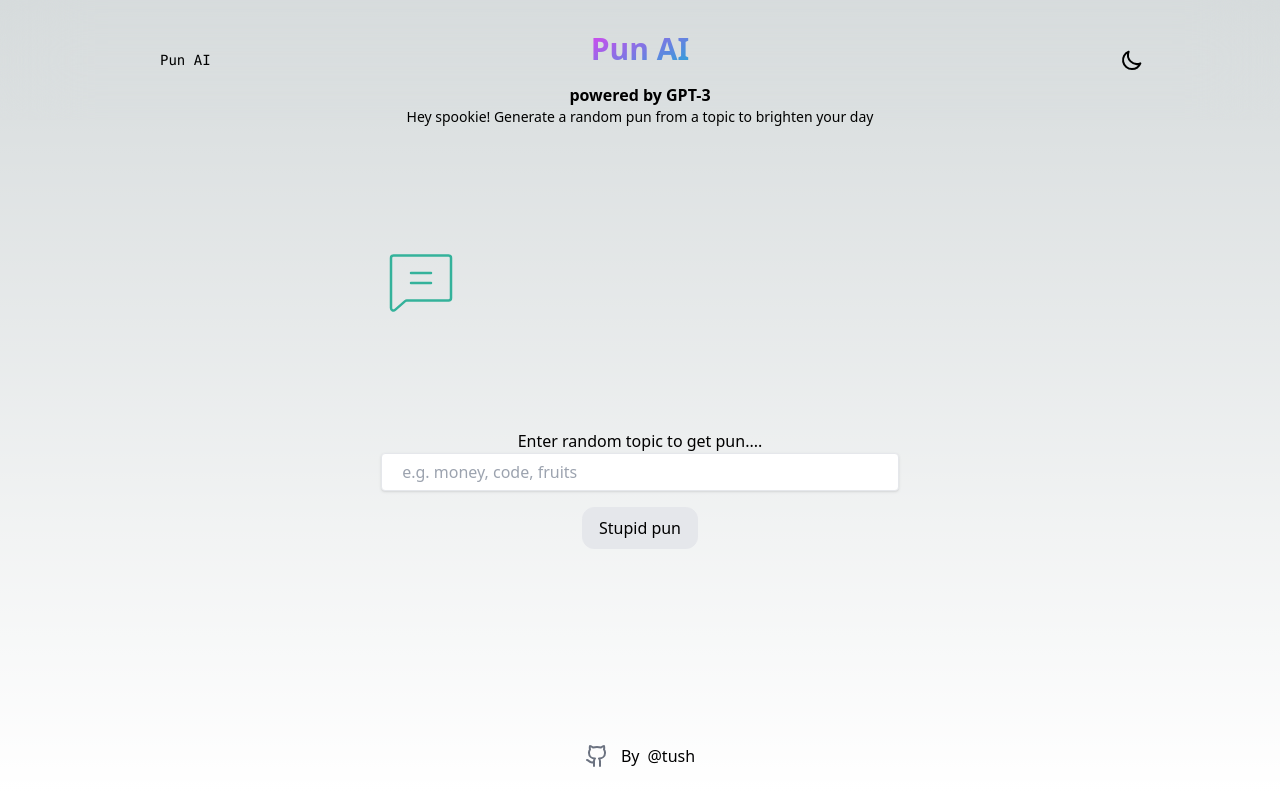
Repository: tushcmd/next-puns-ai
Page: /
An editor plug-in stored every save of this project. The page is shown before and after the next save, followed by the edit.
The browser window is 1280 px wide. The pictures show the whole page.
The project was rebuilt for these pictures with package versions that can differ from the ones it lists, and the page was loaded fresh each time. The framework's server and built-in components were replaced by stand-ins that run in the browser. Also part of the build but not shown: next.config.mjs, app/components/Spinner.tsx.

Above is the page before, as saved 2024-03-08 01:45:02.

### app/layout.tsx
import type { Metadata } from "next";
import { Inter } from "next/font/google";
import "./globals.css";

const inter = Inter({ subsets: ["latin"] });

export const metadata: Metadata = {
  title: "Create Next App",
  description: "Generated by create next app",
};

export default function RootLayout({
  children,
}: Readonly<{
  children: React.ReactNode;
}>) {
  return (
    <html lang="en">
      <body className={`background color {inter.className} w-full overflow-y-visible overflow-x-hidden`}>{children}</body>
    </html>
  );
}

### app/page.tsx
import Footer from "./components/footer";
import Header from "./components/header";
import Hero from "./components/hero";



export default function Home() {

  return (
    <main className="flex min-h-screen flex-col items-center">
      <Header />
      <Hero />
      <Footer />
    </main>
  );
}



 {/* async function handleSubmit(e: FormEvent:<HTMLFormElement>) {
    return ;
  }    */}

{/*Nav*/}
{/*
      <div className="z-10 max-w-5xl w-full items-center justify-between font-mono text-sm lg:flex">
        <p className="fixed left-0 top-0 flex w-full justify-center border-b border-gray-300 bg-gradient-to-b from-zinc-200 py-2 backdrop-blur-2xl dark:border-neutral-800 dark:bg-zinc-800/30 dark:from-inherit lg:static lg:w-auto  lg:rounded-xl lg:border lg:bg-gray-200 lg:p-0 lg:dark:bg-zinc-800/30">
          Pun AI
        </p>

        <div className="fixed bottom-0 left-0 flex h-48 w-full items-end justify-center bg-gradient-to-t from-white via-white dark:from-black dark:via-black lg:static lg:h-auto lg:w-auto lg:bg-none">
          {/*<div>
            Dak
       </div>
          <a
            className="pointer-events-none flex place-items-center gap-2 p-8 lg:pointer-events-auto lg:p-0"
            href="https://tushdev.co/"
            target="_blank"
            rel="noopener noreferrer"
          >
            By{" "}
            <p>@tush</p>
          </a>
        </div>
      </div>

      <div className="relative flex flex-col place-items-center before:absolute before:h-[300px] before:w-full sm:before:w-[480px] before:-translate-x-1/2 before:rounded-full before:bg-gradient-radial before:from-white before:to-transparent before:blur-2xl before:content-[''] after:absolute after:-z-20 after:h-[180px] after:w-full sm:after:w-[240px] after:translate-x-1/3 after:bg-gradient-conic after:from-sky-200 after:via-blue-200 after:blur-2xl after:content-[''] before:dark:bg-gradient-to-br before:dark:from-transparent before:dark:to-blue-700 before:dark:opacity-10 after:dark:from-sky-900 after:dark:via-[#0141ff] after:dark:opacity-40 before:lg:h-[360px] z-[-1]">
        <p className="p-4 lg:pb-8 text-xl">
          Generate a random pun from a topic to brighten your day <br /> with Pun AI
        </p>
        <svg
          xmlns="http://www.w3.org/2000/svg"
          width="156"
          height="156"
          viewBox="0 0 24 24"
          fill="none"
          stroke="#FFFFFF"
          stroke-width="2"
          stroke-linecap="round"
          stroke-linejoin="round"
          className="lucide lucide-smile"><circle cx="12" cy="12" r="10" /><path d="M8 14s1.5 2 4 2 4-2 4-2" /><line x1="9" x2="9.01" y1="9" y2="9" /><line x1="15" x2="15.01" y1="9" y2="9"
          />
        </svg>
      </div>

      <form className="flex flex-col justify-between mb-32 text-center lg:max-w-3xl lg:w-full lg:mb-0 lg:grid-cols-4">
        <div className='w-full mb-4'>
          <label className="block items-center justify-center mb-4" htmlFor="prompt-input">
            Enter random topic to get pun...
          </label>
          <input
            className="shadow appearance-none border rounded w-full py-2 px-3 text-gray-700 leading-tight focus:outline-none focus:shadow-outline"
            id="prompt-input"
            type="text"
            placeholder="e.g. money, code, fruits">
          </input>
        </div>
        <button
          type="submit"
          className="bg-blue-500 hover:bg-blue-700 text-white font-bold py-2 px-4 rounded focus:outline-none focus:shadow-outline"
        >
          Generate Pun
        </button>
      </form> */}

### app/globals.css
@tailwind base;
@tailwind components;
@tailwind utilities;


@layer base {
  :root {
    --foreground-rgb: 0, 0, 0;
    --background-start-rgb: 214, 219, 220;
    --background-end-rgb: 255, 255, 255;
  }

  .dark {
    --foreground-rgb: 255, 255, 255;
    --background-start-rgb: 0, 0, 0;
    --background-end-rgb: 0, 0, 0;
  }


}


* {
  scroll-behavior: smooth;
}


body {
  color: rgb(var(--foreground-rgb));
  background: linear-gradient(
      to bottom,
      transparent,
      rgb(var(--background-end-rgb))
    )
    rgb(var(--background-start-rgb));
}

@layer utilities {
  .text-balance {
    text-wrap: balance;
  }
}

### app/components/footer.tsx
import Link from "next/link";


export default function Footer() {
    return (
        <div className="inline-flex p-6 max-w-3xl gap-3 items-center text-center">
            <div>
                <Link
                    href="https://github.com/#"
                    target="_blank"
                    rel="noreferrer"
                    className="text-gray-500 hover:text-gray-900 dark:text-gray-400 dark:hover:text-gray-200"
                >
                    <svg xmlns="http://www.w3.org/2000/svg" width="24" height="24" viewBox="0 0 24 24" fill="none" stroke="currentColor" stroke-width="2" stroke-linecap="round" stroke-linejoin="round" className="lucide lucide-github"><path d="M15 22v-4a4.8 4.8 0 0 0-1-3.5c3 0 6-2 6-5.5.08-1.25-.27-2.48-1-3.5.28-1.15.28-2.35 0-3.5 0 0-1 0-3 1.5-2.64-.5-5.36-.5-8 0C6 2 5 2 5 2c-.3 1.15-.3 2.35 0 3.5A5.403 5.403 0 0 0 4 9c0 3.5 3 5.5 6 5.5-.39.49-.68 1.05-.85 1.65-.17.6-.22 1.23-.15 1.85v4" /><path d="M9 18c-4.51 2-5-2-7-2" /></svg>
                </Link>
            </div>
            <Link
                className="pointer-events-none flex place-items-center gap-2 px-8 lg:pointer-events-auto lg:p-0"
                href="https://tushdev.co/"
                target="_blank"
                rel="noopener noreferrer"
            >
                By{" "}
                <p>@tush</p>
            </Link>

        </div>
    )
}

### app/components/header.tsx
import Link from "next/link";
import ThemeSwitchButton from "./ThemeSwitchButton";

export default function Header() {
    return (
        <header className="fixed flex justify-center items-center w-full t-0 md:pb-4 md:pt-4 backdrop-blur-2xl">
            <div className="flex flex-row items-center w-full py-6 md:max-w-5xl justify-between font-mono text-sm">
                <Link
                    className="px-8"
                    href='/'
                >
                    Pun AI
                </Link>

                <ThemeSwitchButton />
            </div>
        </header>


    );
}


{/*<header className = 'fixed flex justify-center items-center w-full z-50 t-0 border-gray-300 bg-gradient-to-b from-zinc-200 pb-6 pt-8 backdrop-blur-2xl dark:border-neutral-800 dark:bg-zinc-800/30 dark:from-inherit lg:static  lg:rounded-xl lg:border lg:bg-gray-200 lg:p-4 lg:dark:bg-zinc-800/30'>
            <div className="flex items-start md:max-w-5xl py-3 w-auto md:px-5 px-5 justify-start font-mono text-sm">
                <Link href='/' className=''> Pun AI</Link>
            </div>
        </header> */}

{/*} <div className="flex flex-row z-10 max-w-5xl w-full items-center justify-between font-mono text-sm">
            <p className="fixed left-0 top-0 flex items-start border-b border-gray-300 bg-gradient-to-b from-zinc-200 pb-6 pt-8 backdrop-blur-2xl dark:border-neutral-800 dark:bg-zinc-800/30 dark:from-inherit lg:static w-auto  lg:rounded-xl lg:border lg:bg-gray-200 lg:p-4 lg:dark:bg-zinc-800/30">
                Pun AI
            </p>
            <p>h2</p>
        </div> */}

### app/components/hero.tsx
'use client'

import { useState, FormEvent } from "react";
import Spinner from "./Spinner";




export default function Hero() {

    const [pun, setPun] = useState("");
    const [punLoading, setPunLoading] = useState(false);
    const [punLoadingError, setPunLoadingError] = useState(false);

    async function handleSubmit(e: FormEvent<HTMLFormElement>) {
        e.preventDefault();
        const formData = new FormData(e.target as HTMLFormElement);
        const prompt = formData.get("prompt")?.toString().trim();

        if (prompt) {
            try {
                setPun("");
                setPunLoadingError(false);
                setPunLoading(true);

                const response = await fetch("/api/cringe?prompt=" + encodeURIComponent(prompt));
                const body = await response.json();
                setPun(body.pun);
            } catch (error) {
                console.error(error);
                setPunLoadingError(true);
            } finally {
                setPunLoading(false);
            }
        }
    }



    return (
        <div className="flex flex-col relative justify-center items-center h-screen md:py-10 py-6 overflow-wrap max-w-3xl px-5">
            <p className="text-3xl font-bold pb-4 bg-gradient-to-br from-fuchsia-500 to-cyan-500 bg-clip-text text-transparent">Pun AI</p>
            <p className="text-base font-bold">powered by GPT-3</p>
            <div className="text-sm">Hey spookie! Generate a random pun from a topic to brighten your day</div>
            <div className='mx-[2rem] relative w-full flex items-center aspect-[12/7]'>
                <svg xmlns="http://www.w3.org/2000/svg" width="80" height="80" fill="#34b29b" viewBox="0 0 256 256"><path d="M216,52H40A12,12,0,0,0,28,64V224a11.89,11.89,0,0,0,6.93,10.88A12.17,12.17,0,0,0,40,236a11.89,11.89,0,0,0,7.69-2.83l.06-.06,32.14-28.17A4,4,0,0,1,82.5,204H216a12,12,0,0,0,12-12V64A12,12,0,0,0,216,52Zm4,140a4,4,0,0,1-4,4H82.5a12.1,12.1,0,0,0-7.79,2.87l-32.16,28.2A4,4,0,0,1,36,224V64a4,4,0,0,1,4-4H216a4,4,0,0,1,4,4Zm-56-80a4,4,0,0,1-4,4H96a4,4,0,0,1,0-8h64A4,4,0,0,1,164,112Zm0,32a4,4,0,0,1-4,4H96a4,4,0,0,1,0-8h64A4,4,0,0,1,164,144Z"></path></svg>
            </div>
            <form onSubmit={handleSubmit} className='flex flex-col justify-between mb-32 text-center items-center'>
                <div className='mb-4'>
                    <label
                        className="pb-8"
                    >
                        Enter random topic to get pun....
                    </label>
                    <input
                        className="shadow appearance-none border rounded w-full py-2 px-5 text-gray-700 leading-tight focus:outline-none focus:shadow-outline"
                        id="prompt-input"
                        type="text"
                        placeholder="e.g. money, code, fruits">
                    </input>
                </div>
                <button type='submit' className='mb-3 border static rounded-xl bg-gray-200 py-2 px-4 hover:bg-zinc-400 dark:bg-zinc-800/30' disabled={punLoading}>
                    Stupid pun
                </button>
            </form>

            {punLoading && <Spinner />}
            {punLoadingError && "Something went wrong. Please try again."}
            {pun && <h5>{pun}</h5>}
        </div>
    )
}

### app/components/ThemeSwitchButton.tsx
'use client'

import { useEffect, useState } from 'react';
import { useTheme } from 'next-themes';

export default function ThemeSwitchButton() {
    const [mounted, setMounted] = useState(false);
    const { resolvedTheme, setTheme } = useTheme();
    // After mounting, we have access to the theme
    useEffect(() => setMounted(true), []);

    return (

        <button
            aria-label="Toggle Dark Mode"
            type="button"
            className="w-10 h-10  flex items-center justify-center hover:bg-neutral-200 hover:dark:bg-neutral-600 rounded-full transition-all"
            onClick={() =>
                setTheme(resolvedTheme === "dark" ? "light" : "dark")
            }
        >
            {mounted && (
                <svg xmlns="http://www.w3.org/2000/svg"
                    fill="none"
                    viewBox="0 0 24 24"
                    strokeWidth="1.5"
                    stroke="currentColor"
                    className="w-6 h-6 switch">

                    {resolvedTheme === "dark" ? (
                        <path
                            strokeLinecap="round"
                            strokeLinejoin="round"
                            strokeWidth={2}
                            d="M12 3v1m0 16v1m9-9h-1M4 12H3m15.364 6.364l-.707-.707M6.343 6.343l-.707-.707m12.728 0l-.707.707M6.343 17.657l-.707.707M16 12a4 4 0 11-8 0 4 4 0 018 0z"
                        />

                    ) : (
                        <path
                            strokeLinecap="round"
                            strokeLinejoin="round"
                            strokeWidth={2}
                            d="M20.354 15.354A9 9 0 018.646 3.646 9.003 9.003 0 0012 21a9.003 9.003 0 008.354-5.646z"
                        />

                    )}
                </svg>
            )
            }
        </button >

    )
}

### tailwind.config.ts
import type { Config } from "tailwindcss";

const config: Config = {
  content: [
    "./pages/**/*.{js,ts,jsx,tsx,mdx}",
    "./components/**/*.{js,ts,jsx,tsx,mdx}",
    "./app/**/*.{js,ts,jsx,tsx,mdx}",
  ],
  theme: {
    extend: {
      backgroundImage: {
        "gradient-radial": "radial-gradient(var(--tw-gradient-stops))",
        "gradient-conic":
          "conic-gradient(from 180deg at 50% 50%, var(--tw-gradient-stops))",
      },
      screens: {
        sm: '480px',
        md: '768px',
        lg: '976px',
        xl: '1440px',
      },
    },
  },
  plugins: [],
};
export default config;

After the next save:
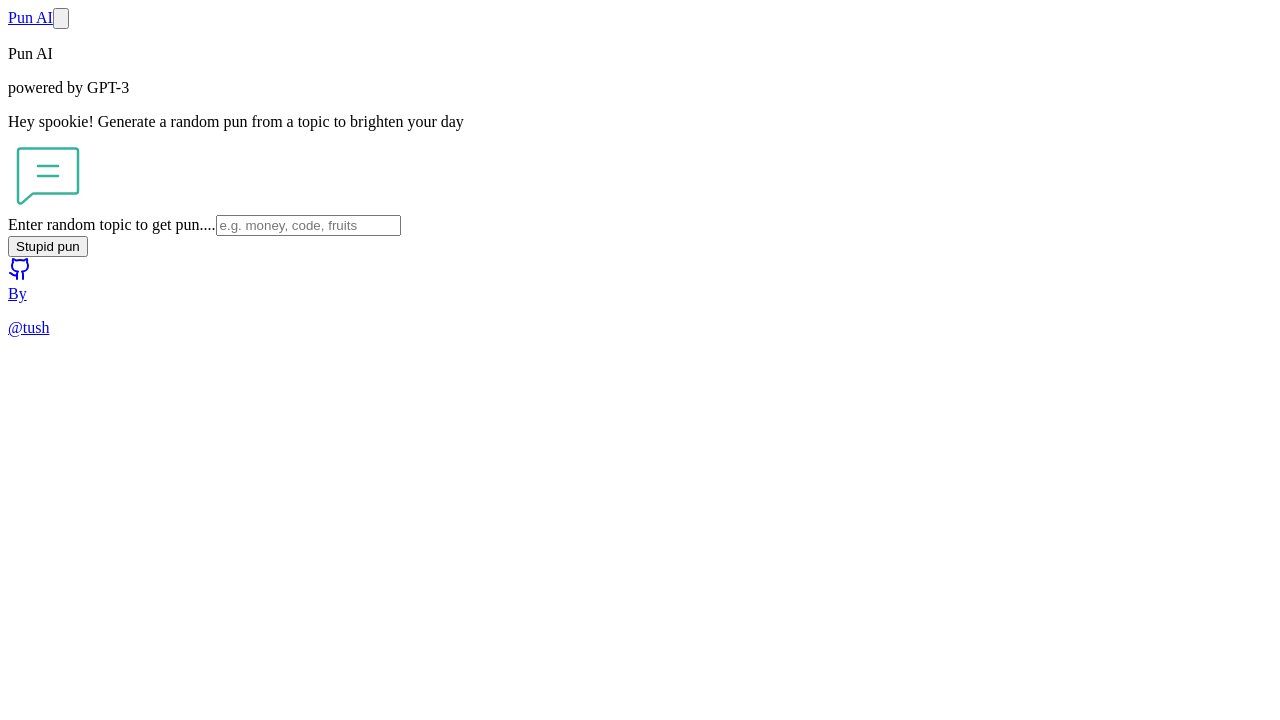
Saved 97 s later.
--- a/app/layout.tsx
+++ b/app/layout.tsx
@@ -1,6 +1,6 @@
 import type { Metadata } from "next";
 import { Inter } from "next/font/google";
-import "./globals.css";
+import "..styles/globals";
 
 const inter = Inter({ subsets: ["latin"] });
 

After the save that followed:
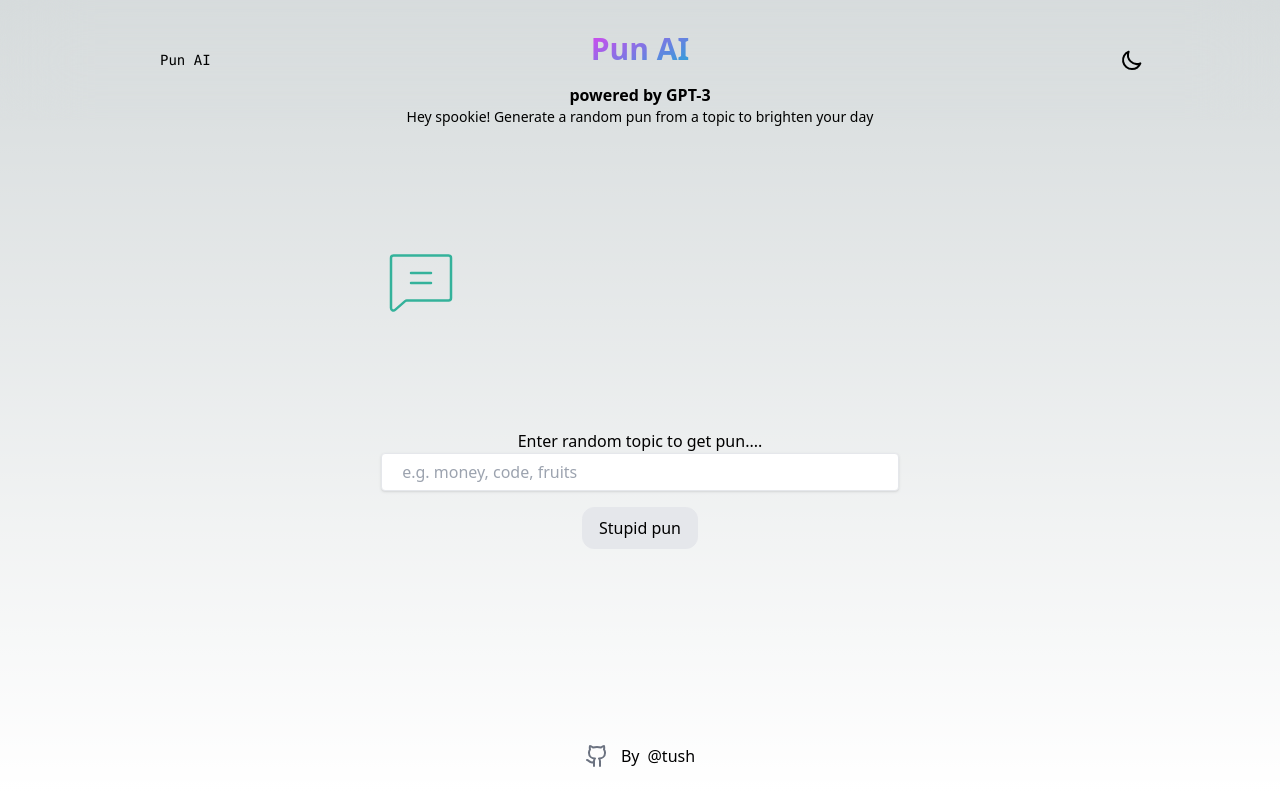
Saved 34 s later.
--- a/app/layout.tsx
+++ b/app/layout.tsx
@@ -1,6 +1,6 @@
 import type { Metadata } from "next";
 import { Inter } from "next/font/google";
-import "..styles/globals";
+import "./globals.css";
 
 const inter = Inter({ subsets: ["latin"] });
 
@@ -16,7 +16,7 @@
 }>) {
   return (
     <html lang="en">
-      <body className={`background color {inter.className} w-full overflow-y-visible overflow-x-hidden`}>{children}</body>
+      <body className={`{inter.className} w-full overflow-y-visible overflow-x-hidden`}>{children}</body>
     </html>
   );
 }
